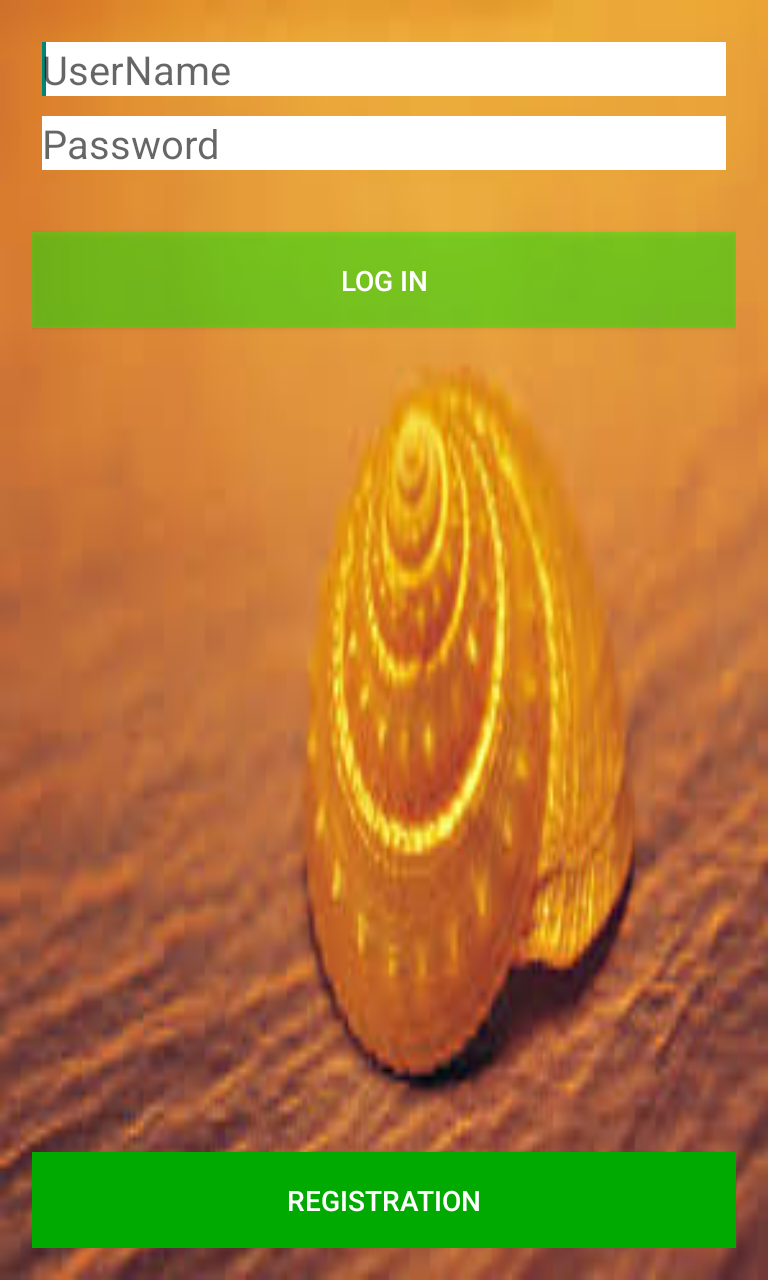
Repository: HarithaAmmuHari/Database
Layout: Database/res/layout/activity_login.xml
An editor plug-in stored every save of this project. The layout is shown before and after the next save, followed by the edit.
It is drawn on a 768 x 1280 px phone screen (xhdpi) without system bars, with theme AppTheme; the app's code is not run.

Above is the layout before, as saved 2015-05-12 05:57:55.

After the next save:
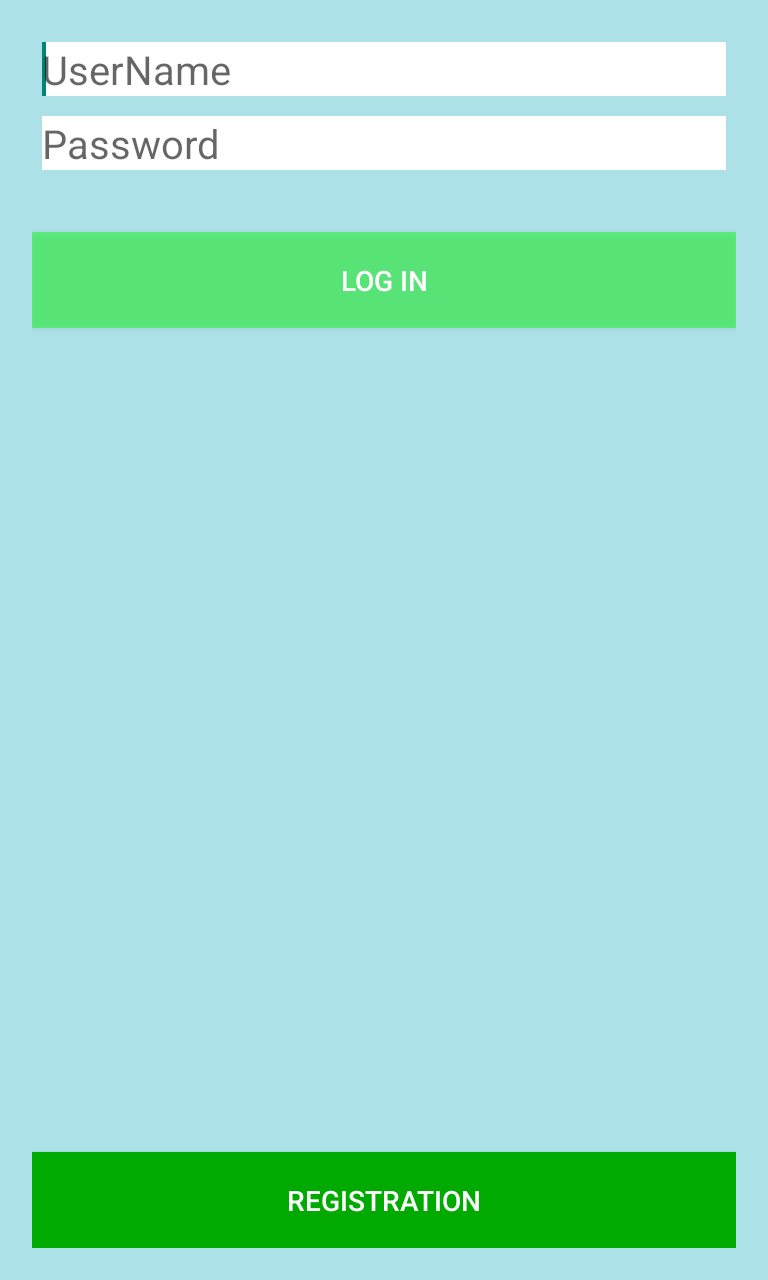
Saved 104 s later.
--- a/Database/res/layout/activity_login.xml
+++ b/Database/res/layout/activity_login.xml
@@ -7,7 +7,7 @@
     android:paddingRight="@dimen/activity_horizontal_margin"
     android:paddingTop="@dimen/activity_vertical_margin"
     tools:context="com.example.database.LoginActivity"
-    android:background="@drawable/shell">
+    android:background="#5000aabb">
 
     <EditText
         android:id="@+id/editUser"
